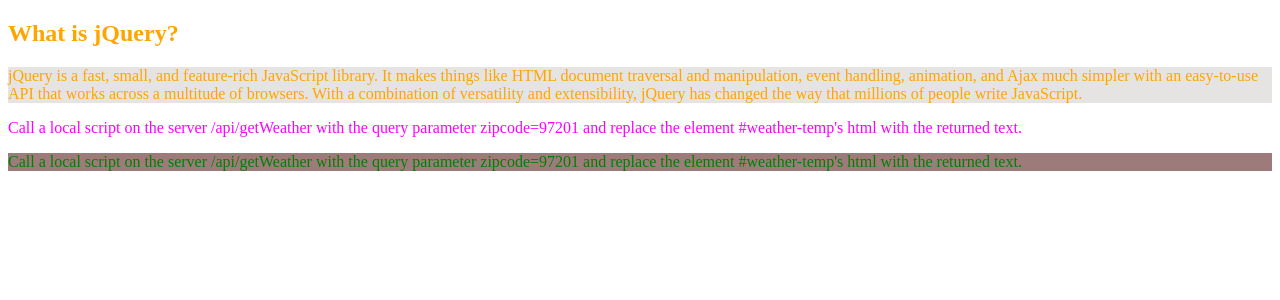
Repository: Migorithm/front_work
Page: front05_JQuery/src/main/webapp/2_function/jq01_addClass.html
The author's editor kept a copy of each file at every save. The page is drawn from the files as they stood at one save, then again after the next save.
The browser window is 1280 px wide. The pictures show the whole page.

Above is the page before, as saved 2021-09-03 02:08:00.

After the next save:
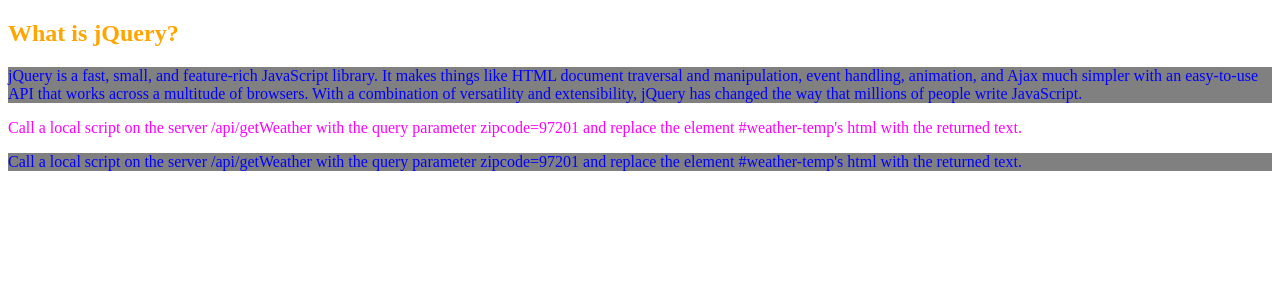
Saved 6 min 33 s later.
--- a/front05_JQuery/src/main/webapp/2_function/jq01_addClass.html
+++ b/front05_JQuery/src/main/webapp/2_function/jq01_addClass.html
@@ -15,6 +15,10 @@
 	.totalColor{color:orange;}
 	.divP{color:red;}
 	.divDP{color:green;}
+	.firstP{background-color: gray;}
+	.lastP{background-color:gray;}
+	.content{color:blue;}
+	.pp2{color:magenta;}
 
 </style>
 </head>
@@ -22,26 +26,14 @@
 <script src="https://ajax.googleapis.com/ajax/libs/jquery/3.6.0/jquery.min.js"></script>
 <script>
 	$(function(){
-		//h2,p태그를 한꺼번에 모두 선택자로 지정..
-		$('h2, p').css('color','orange'); // 'h2, p'
-
-
-		//div, 태그의 후손들을 선택자로 지정... 글자색은 red
-		$('div p').css('color','red') //후손중 p인 애들
-		$('div>p').css('color','green') //직계자손중 p인 애들.
-
-		//p태그 중에서 첫번째 p태그를 선택자로 지정... 배경색을 gray
-		$('p:first').css('background','gray')
-
-		//위의 방법 +
-		$('p').first().css("background","#e6e3e3");  //그러나 second은 없다.
-
-		//3번째 요소 선택
-		$('p:eq(2)').css("background","#9e7b7b")
-
-		//p 태그의 class속성값이 p2인 선택자를 지정... 글자색을 magenta로 변경
-		$("p.p2").css("color","magenta");
-
+		//아래에서 지정된 선택자에 css속성을 부여한다. 이때 addClass()를 이용한다.
+		$('h2,p').addClass('totalColor');
+		$('div p').addClass('divP');
+		$('div>p').addClass('divDP');
+		$('p:eq(0)').addClass('firstP');
+		$('p:eq(2)').addClass('lastP');
+		$('.content').addClass('content');
+		$('p.p2').addClass('pp2');
 	});
 </script>
 
